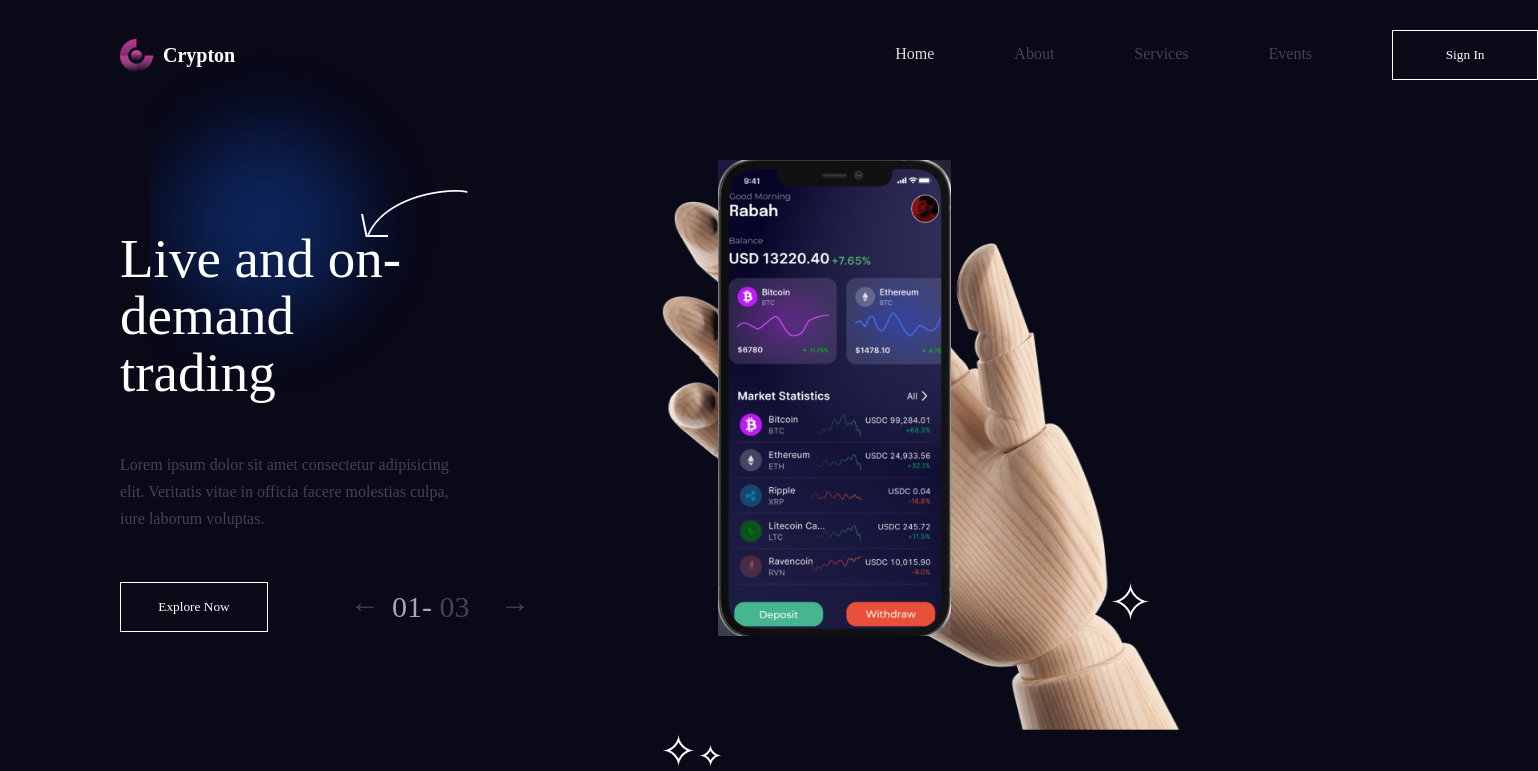
Repository: isaacCodes1/Crypton-Website
Page: index.html
An editor plug-in stored every save of this project. The page is shown before and after the next save, followed by the edit.
The browser window is 1280 px wide. The page is 1538 px wide, so the pictures cover 1538 px, including what lies to the right of the window. The pictures show the whole page.

Above is the page before, as saved 2024-05-14 21:11:41.

### index.html
<!DOCTYPE html>
<html lang="en">
  <head>
    <meta charset="UTF-8" />
    <meta name="viewport" content="width=device-width, initial-scale=1.0" />
    <link rel="stylesheet" href="style.css" />
    <title>Crypton HomePage</title>
  </head>
  <body>
    <header>
      <nav>
        <div class="headerGen">
          <div class="logo">
            <img class="logoImage" src="/Assets/Group 605.png" alt="" />
            <p class="logoText">Crypton</p>
            <ul>
              <li>Home</li>
              <li style="color: #d6d5d54a">About</li>
              <li style="color: #d6d5d54a">Services</li>
              <li style="color: #d6d5d54a">Events</li>
              <button class="sign">Sign In</button>
            </ul>
          </div>
        </div>
      </nav>
    </header>
    <section>
      <div class="firstSectionGeneral">
        <div class="liveTexts">
          <h1 class="liveText"><span><img class="shadow" src="/Assets/shadow.png" alt=""></span><span><img class="arrow" src="/Assets/Arrow_03.png" alt=""></span>Live and on-demand trading</h1>
          <p class="lorem">
            Lorem ipsum dolor sit amet consectetur adipisicing elit. Veritatis
            vitae in officia facere molestias culpa, iure laborum voluptas.
          </p>
          <button class="explore">Explore Now</button>
          <span class="rArrow">&#8592;</span>
          <p class="innerP">01- <span class="theBrownNumber">03</span></p>
          <span class="lArrow">&#8594;</span>
        </div>
      </div>
    </section>
    <section>
      <div class="handDiv">
        <div class="woodenHand">
          <img class="wood" src="/Assets/rabat.png
          " alt="">
          <img class="hand" src="/Assets/Hand.png" alt="">
          <img class="five" src="/Assets/Star 5.png" alt="">
          <img class="six" src="/Assets/Star 6.png" alt="">
          <img class="eight" src="/Assets/Star 8.png" alt="">
        </div>
      </div>
    </section>
  </body>
</html>

### style.css
    * {
    margin: 0;
    padding: 0;
    box-sizing: border-box;
    font-family: "poppins";
    }
body{
    background-color: rgb(9, 9, 24);
}
/* NavBar */
.logo {
    display: flex;
    align-items: center;
    gap: 10px;
    padding-top: 30px;
    margin-left: 120px;
    margin-bottom: 150px;
    cursor: pointer;
}
.logoText{
    font-size: 20px;
    color: #fff;
    margin-right: 650px;
    font-weight: 600;
}
.logo ul{
    display: flex;
    color: #dedcdc;
    list-style: none;
    gap: 80px;
    display: flex;
    align-items: center;
    cursor: pointer;
}
    .logo ul li {
        list-style: none;
        display: inline-block;
        /* padding: 8px 12px; */
        position: relative;
    }
    .logo ul li::after {
        content: "";
        width: 0%;
        height: 2px;
        background: #fff;
        display: block;
        margin: auto;
        transition: 0.5s;
    }
    .logo ul li:hover::after {
        width: 70%;
    }

.sign{
    width: 146px;
    height: 50px;
    border: 1px solid #fff;
    background: transparent;
    color: #fff;
    cursor: pointer;
}
/* Landing Page */
.liveTexts{
    /* display: flex; */
}
.liveText{
    display: flex;
    flex-direction: column;
    font-size: 55px;
    width: 340px;
    line-height: 57px;
    color: #fff;
    margin-left: 120px;
    font-weight: normal;
    margin-bottom: 50px;
}
.shadow{
    width: 25%;
    position: absolute;
    top: 20px;
    left: 150px;
    z-index: -1;
}
.lorem{
    color: #d6d5d54a;
    width: 27%;
    margin-left: 120px;
    line-height: 27px;
    margin-bottom: 50px;
}
.explore{
    margin-left: 120px;
    width: 148px;
    height: 50px;
    background: transparent;
    color: #fff;
    border: 1px solid #fff;
}
.arrow{
    position: absolute;
    top: 120px;
    left: 320px;
}
.rArrow{
    position: absolute;
    font-size: 30px;
    top: 585px;
    left: 350px;
    margin-right: 200px;
    color: #d6d5d54a;
    display: flex;
    align-items: center;
}
.lArrow{
    position: absolute;
    font-size: 30px;
    top: 585px;
    left: 500px;
    color: #d6d5d54a;
    display: flex;
    align-items: center;
}
.innerP{
    position: absolute;
    left: 392px;
    top: 590px;
    color: #ffffffa4;
    font-size: 30px;
}
.theBrownNumber{
    color: #d6d5d54a;
}
/* Wooden Hand Image */
.handDiv{
    display: flex;
    position: absolute;
    top: 190px;
    right: 100px;
}
.hand{
    height: 75vh;
    width: 100%;
}
.wood{
    position: absolute;
    right: 229px;
    top: -30px;
    width: 45%;
}
.five{
    position: absolute;
    right: 30px;
    bottom: 150px;
}

After the next save:
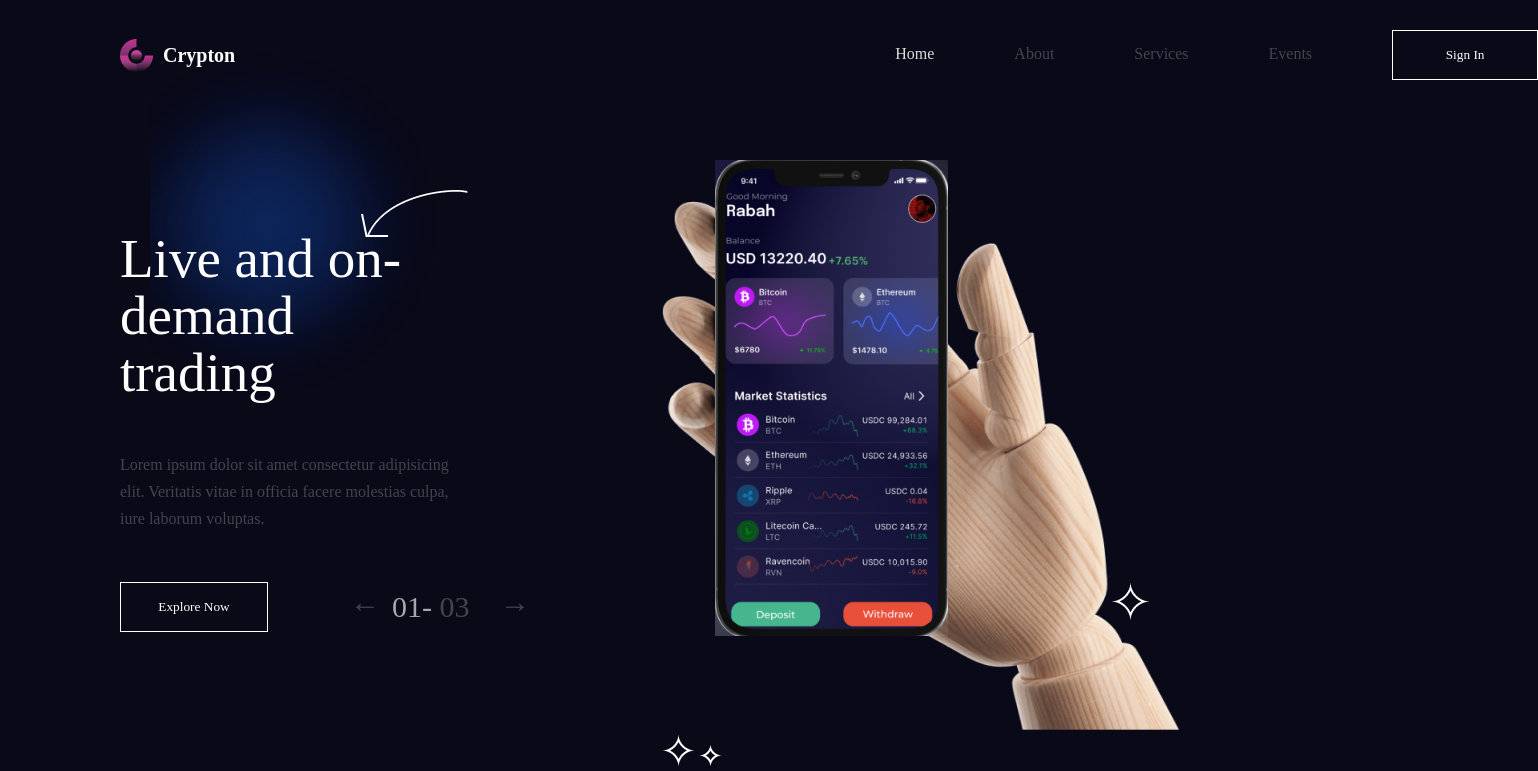
Saved 5 s later.
--- a/style.css
+++ b/style.css
@@ -143,7 +143,7 @@ body{
 }
 .wood{
     position: absolute;
-    right: 229px;
+    right: 232px;
     top: -30px;
     width: 45%;
 }
